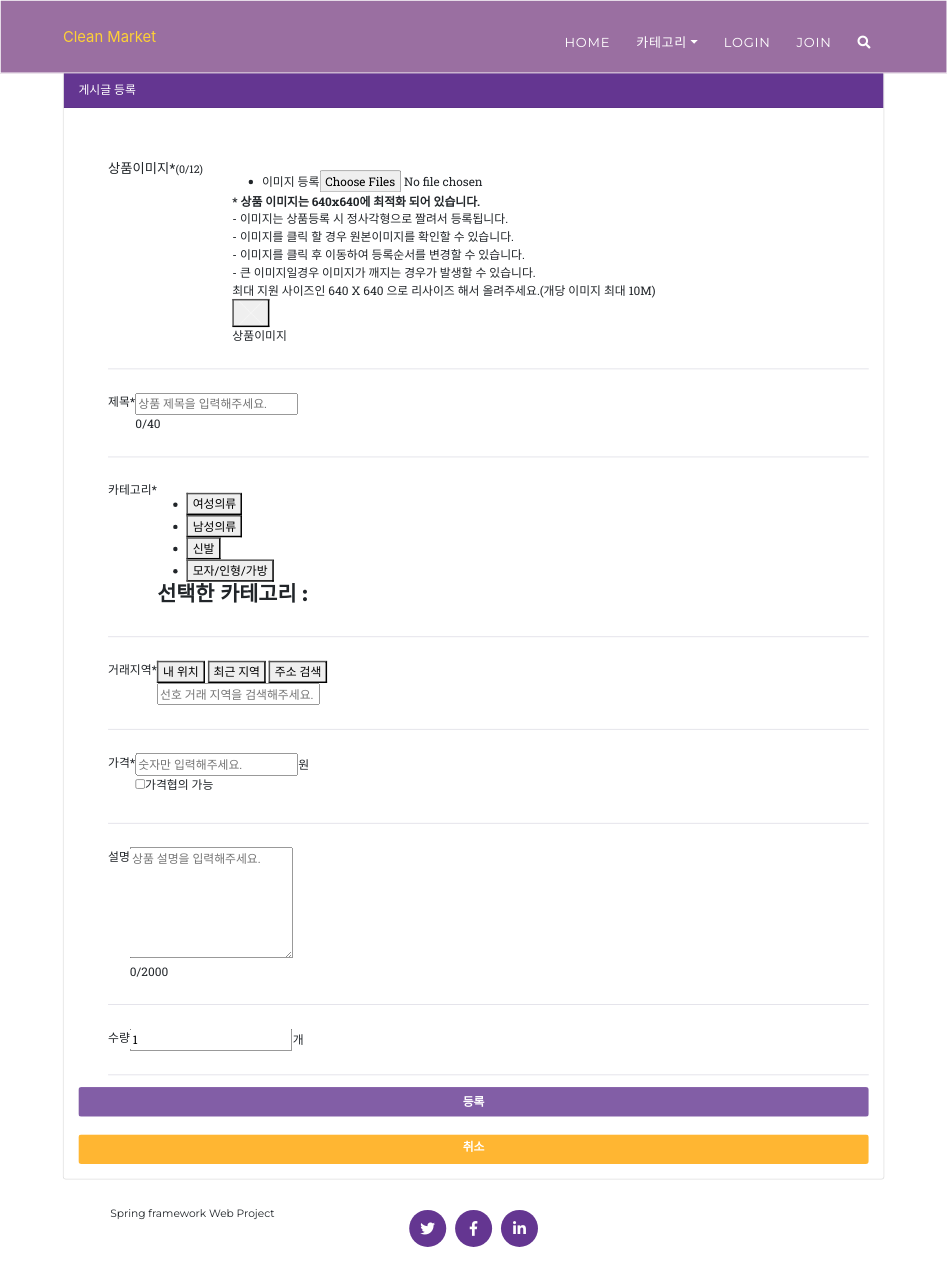
Repository: mim-mim-ji/Cleanmarket_web
Page: http://localhost/CleanMarket/WEB-INF/views/item/write.jsp
These files come from the project's save history. The page is drawn as it stood at one moment and after the next save; the edit follows.
The browser window is 1280 px wide. The pictures show the whole page, at 74% of full size.
Some web fonts or font styles are not loaded; a fallback is used. The page is served by Tomcat 9. Nobody is signed in. The template is opened directly, without the code that normally fills it, so the values that code supplies are empty.

Above is the page before, as saved 2021-03-21 02:07:33.

After the next save:
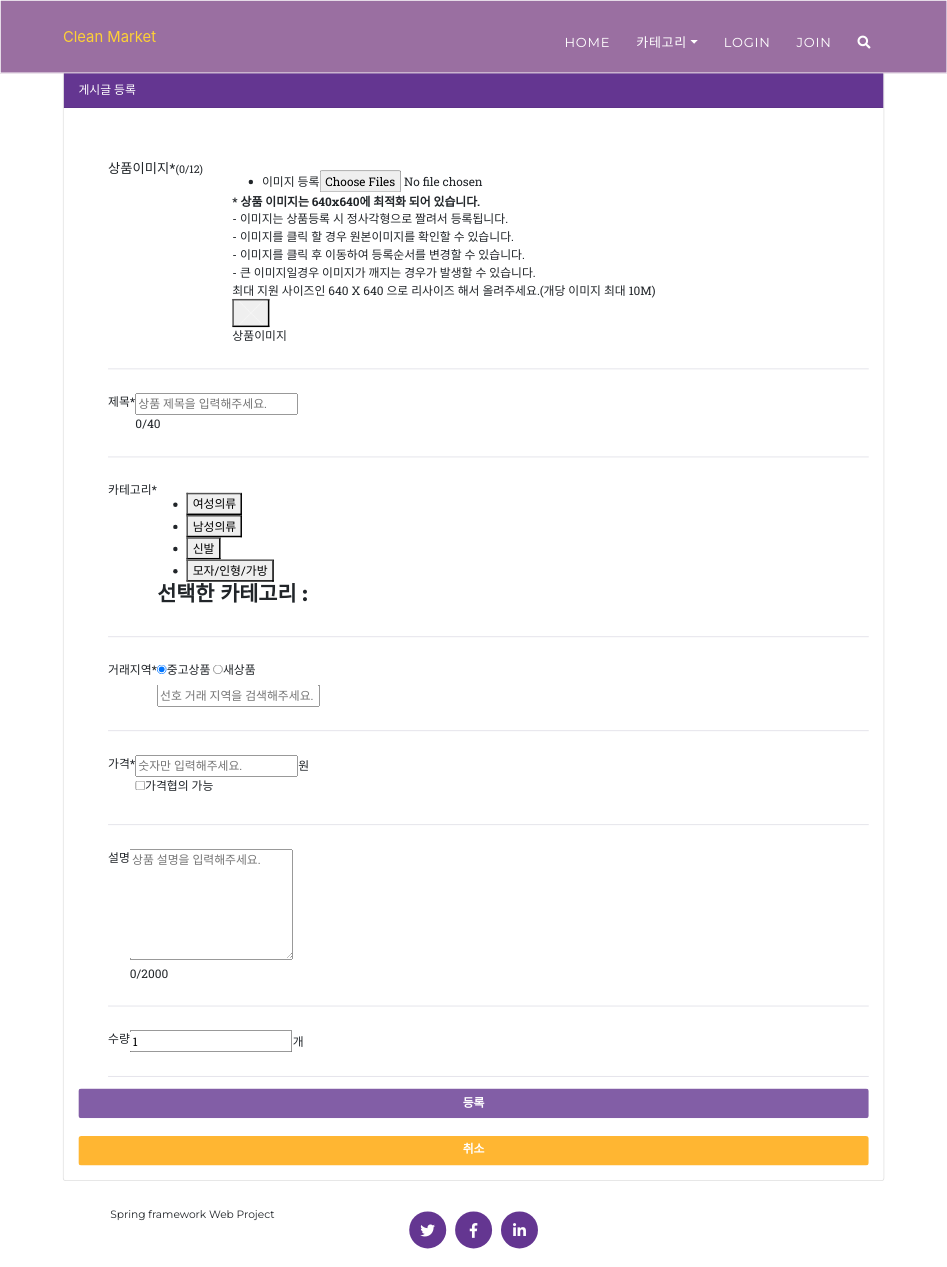
Saved 4 min 37 s later.
--- a/CleanMarket/src/main/webapp/WEB-INF/views/item/write.jsp
+++ b/CleanMarket/src/main/webapp/WEB-INF/views/item/write.jsp
@@ -117,13 +117,15 @@ ul {
 								</div>
 								<div class="sc-hhaNoI buTCOV">
 									<div class="sc-cIsjWt etcNyM">
-										<button type="button" class="sc-hQfrgq hHQBYf">내 위치</button>
-										<button type="button" class="sc-hQfrgq hHQBYf">최근 지역</button>
-										<button type="button" class="sc-hQfrgq hHQBYf">주소 검색</button>
+										<label for="중고상품" class="sc-feWbDf hVYgzF">
+										<input id="중고상품" type="radio" value="0" checked="">중고상품</label>
+										<label for="새상품" class="sc-feWbDf jDKzRB">
+										<input id="새상품" type="radio" value="0">새상품</label>
 									</div>
 									<input readonly="" placeholder="선호 거래 지역을 검색해주세요."
 										class="sc-OnmeF jNsyep" value="${login.memFiradd }">
 								</div></li>
+
 
 							<li class="sc-gxbSSY bphXry"><div class="sc-bXopBW gxnpCB">
 									가격<span>*</span>
